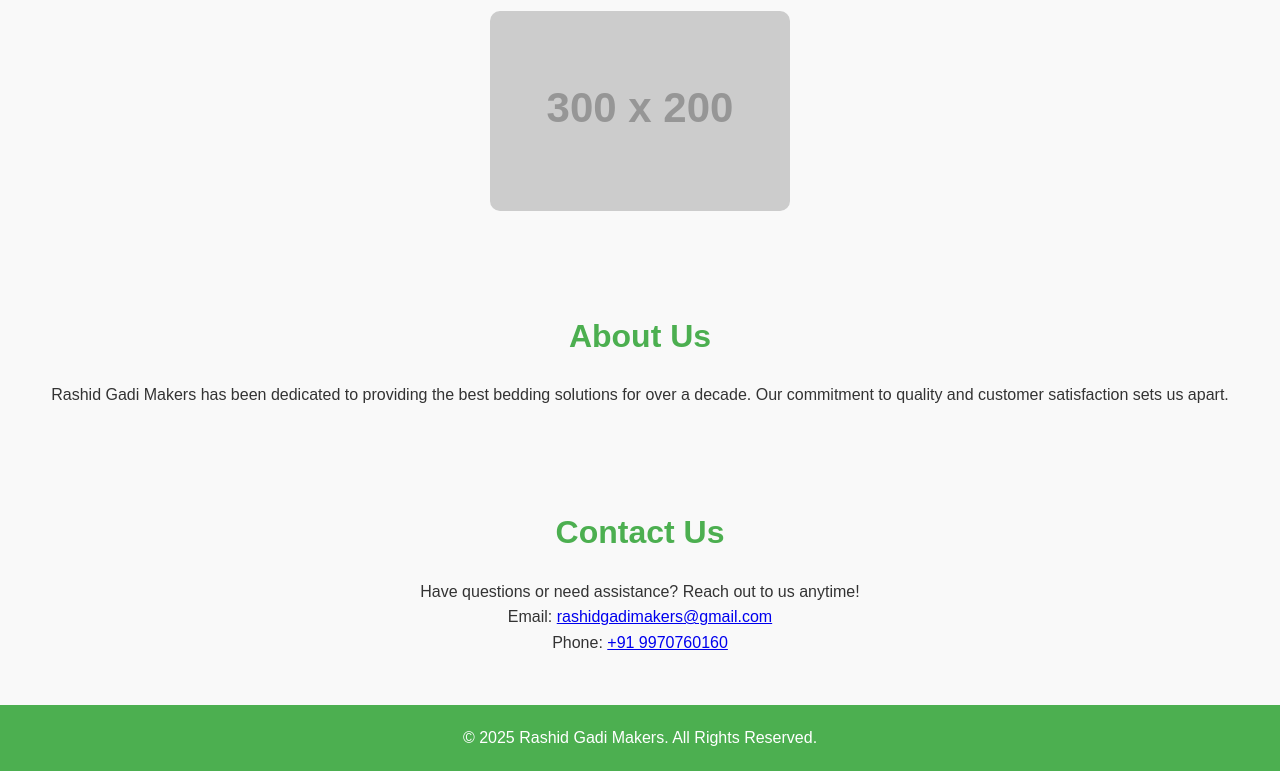
Repository: nadafgroup/rashidgadiUI
Page: src/home.html
An editor plug-in stored every save of this project. The page is shown before and after the next save, followed by the edit.
The browser window is 1280 px wide. The pictures show the part of the page from y = 1636 to 2588 px (the page is 2407 px tall before and 2588 px after).
A picture or video elsewhere on the page could not be fetched, so the positions and the page height are approximate.

Above is the page before, as saved 2025-01-24 13:01:20.

After the next save:
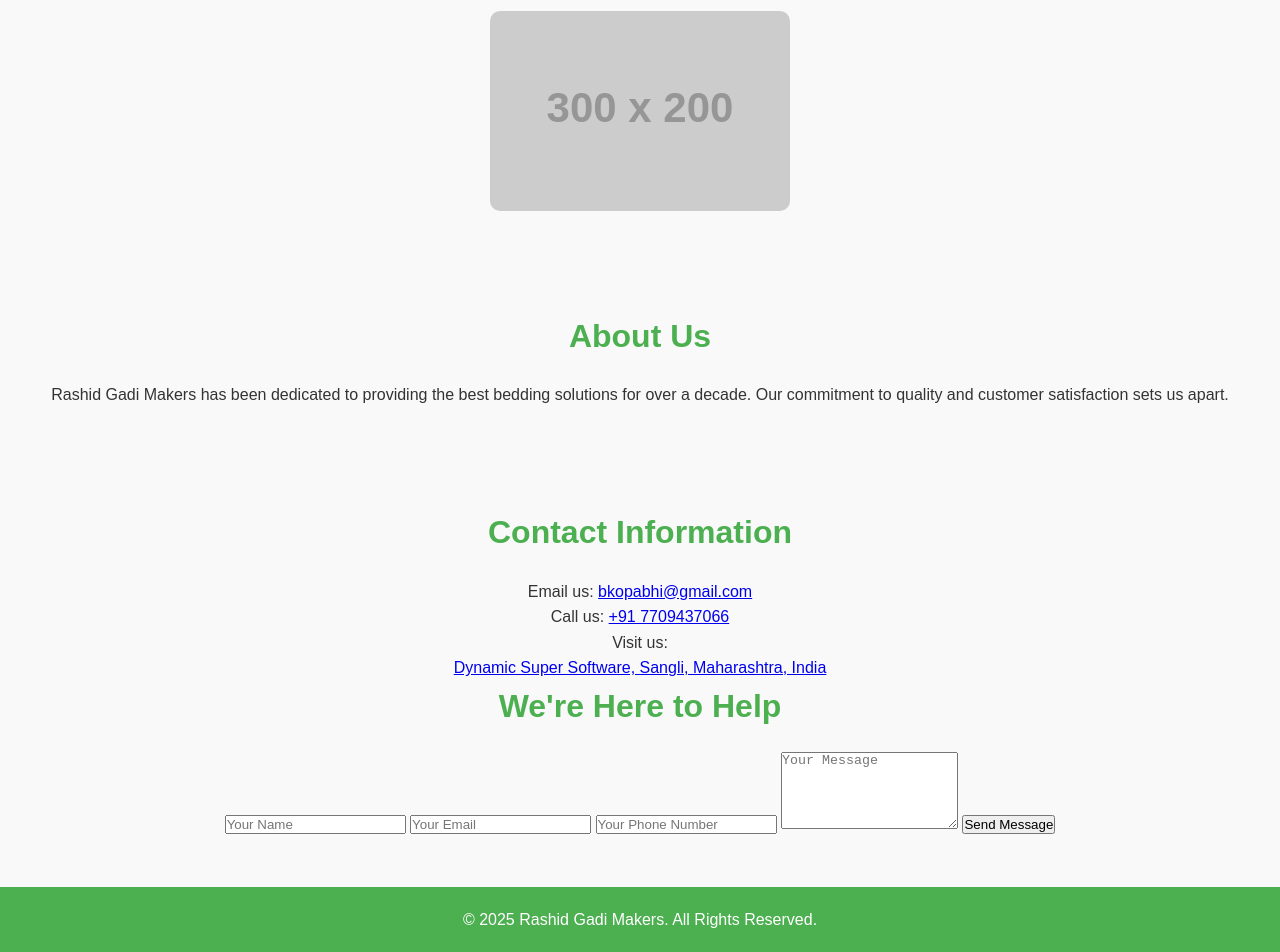
Saved 71 s later.
--- a/src/home.html
+++ b/src/home.html
@@ -107,10 +107,39 @@
 
     <!-- Contact Section -->
     <section id="contact">
-        <h2>Contact Us</h2>
-        <p>Have questions or need assistance? Reach out to us anytime!</p>
-        <p>Email: <a href="mailto:info@rashidgadimakers.com">rashidgadimakers@gmail.com</a></p>
-        <p>Phone: <a href="tel:+919876543210">+91 9970760160</a></p>
+        <div class="contacts-card">
+            <div class="contact-page">
+              <div class="main-content">
+                  <div class="contact-card">
+                      <div class="left-section">
+                          <h2>Contact Information</h2>
+                          <p>Email us: <a href="mailto:contact@dss.com">bkopabhi@gmail.com</a></p>
+                          <p>Call us: <a href="https://wa.me/+917709437066" target="_blank">+91 7709437066</a></p>
+                          <p>Visit us:<br> <a href="https://maps.app.goo.gl/dbj5upCLnnLrKLyN9" target="_blank"> Dynamic Super Software, Sangli, Maharashtra, India</a>
+                           </p>
+                      </div>
+
+                      <div class="form-section">
+                        <h2>We're Here to Help</h2>
+
+                            <form action="https://api.web3forms.com/submit"  method="POST">
+
+                              <!-- Web3Forms Access Key -->
+                              <input type="hidden" name="apikey" value="f366a208-4a55-41c9-8898-09ee06530176">
+                              <input type="text"  name="name" id="name" placeholder="Your Name" required>
+                              <input type="email"  name="email" id="email"  placeholder="Your Email" required>
+                              <input type="phone"  name="phone" id="phone" placeholder="Your Phone Number" maxlength="10"
+                              oninput="validatePhone(this)"  required>
+                              <textarea rows="5" id="message"  name="message" placeholder="Your Message" required></textarea>
+                              <button type="submit" >Send Message</button>
+                          </form>
+                      </div>
+                  </div>
+              </div>
+
+
+          </div>
+        </div>
     </section>
 
     <!-- Footer -->
